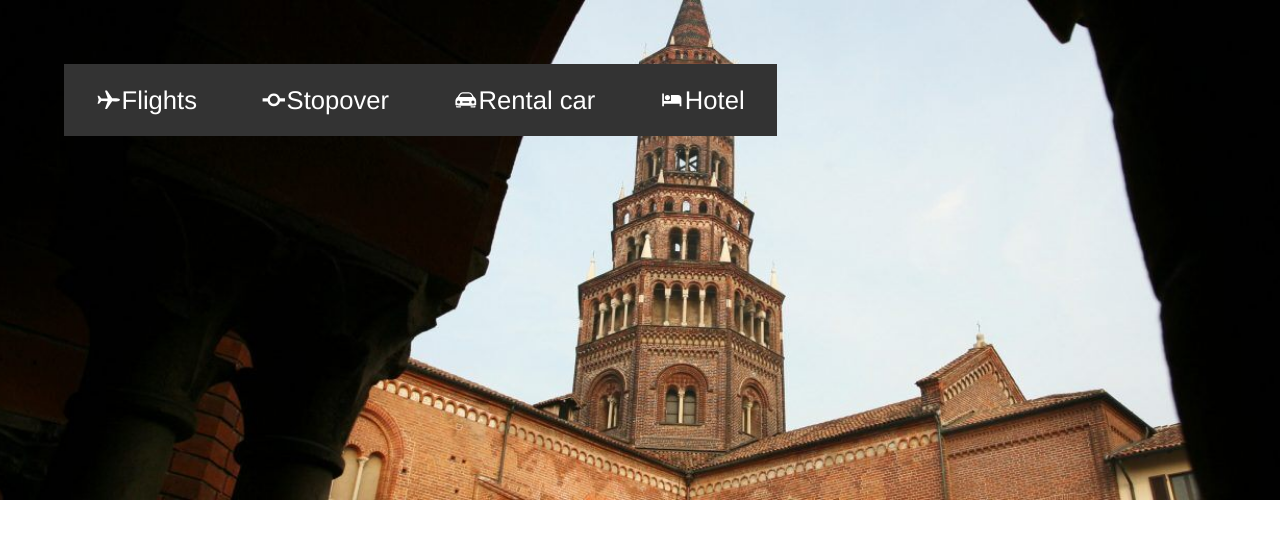
Repository: guidogr95/Everymundo-Excercise
Page: /
An editor plug-in stored every save of this project. The page is shown before and after the next save, followed by the edit.
The browser window is 1280 px wide. The pictures show the whole page.
The project was rebuilt for these pictures with package versions that can differ from the ones it lists, and the page was loaded fresh each time.

Above is the page before, as saved 2021-06-30 21:12:32.

### src/App.js
import 'antd/dist/antd.css';
import './app.scss';
// components
import BookingMask from 'src/components/BookingMask'

function App() {
  return (
    <div className="App">
      <div className="flightmanager-container container" >
        <BookingMask />
      </div>
    </div>
  );
}

export default App;

### src/app.scss
@import 'styles/global';

.App {
  .container {
    width: $desktop-maxwidth;
    max-width: 100%;
  }
  .flightmanager-container {
    background: url('./assets/images/bg.jpg');
    background-size: cover;
    background-position: center;
    min-height: 500px;
    margin: auto;
    padding: 4rem;
  }
}

### src/components/BookingMask/index.jsx
import React from 'react'
// styles
import './bookingmask.scss'
// assets
import { IoIosAirplane, IoMdGitCommit, IoIosCar, IoMdBed } from 'react-icons/io'
// components
// import Empty from 'empty'

const BookingMask = () => {
  const tabs = [
    {
      name: 'Flights',
      icon: <IoIosAirplane />,
      // component: <Empty />
    },
    {
      name: 'Stopover',
      icon: <IoMdGitCommit />,
      // component: <Empty />
    },
    {
      name: 'Rental car',
      icon: <IoIosCar />,
      // component: <Empty />
    },
    {
      name: 'Hotel',
      icon: <IoMdBed />,
      // component: <Empty />
    }
  ]
  return (
    <section className="bookingmask" >
      <ul className="bookingmask__nav" >
        {tabs.map(tab =>
          <button>
            {tab.icon}<span>{tab.name}</span>
          </button>
        )}
      </ul>
    </section>
  )
}

export default BookingMask

### src/styles/_global.scss
@import 'variables';
@import 'mixins';

html,
body {
  position: relative;
  padding: 0;
  margin: 0;
  font-family: $font-family;
  -webkit-text-size-adjust: 100%;
  -webkit-font-smoothing: auto;
  -moz-font-smoothing: auto;
  -moz-osx-font-smoothing: auto;
}
* {
  box-sizing: border-box;
}
ul {
  margin: 0;
  padding: 0;
}
button {
  border: none;
  cursor: pointer;
}

### src/styles/_variables.scss
// measurements
$desktop-maxwidth: 90rem;
// colors
$color-red: #c00;
$color-gray: #333333;
$color-white: #fff;
// fonts
// font-family
$font-family: SwissText,Helvetica,Arial,sans-serif,LufthansaMamSymbolText;
// font-weight
$font-weight-medium: 700;
$font-weight-small: 300;
// font-size
$font-size-medium: 1.6rem;
// line height
$line-height-medium: 2.2rem;
// letter spacing
$letter-spacing-small: .6px;

### src/styles/_mixins.scss
// MIXINS
@mixin breakpoint($point) {
  @media (max-width: $point) {
    @content;
  }
}

### src/components/BookingMask/bookingmask.scss
@import '/src/styles/variables';
.bookingmask {
  &__nav {
    list-style: none;
    button {
      color: $color-white;
      background: $color-gray;
      padding: 1rem 2rem;
      display: inline-flex;
      align-items: center;
      font-size: $font-size-medium;
      font-weight: $font-weight-small;
    }
  }
}

Loaded but not shown: public/index.html (common file); src/index.js (common file); src/reportWebVitals.js (common file)

After the next save:
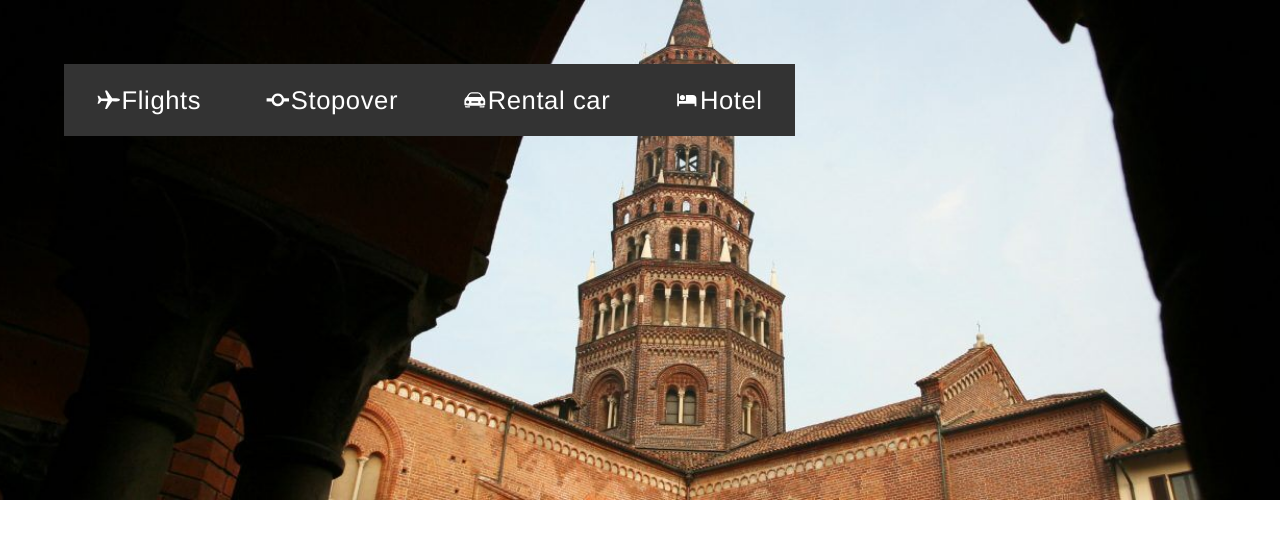
Saved 74 s later.
--- a/src/components/BookingMask/bookingmask.scss
+++ b/src/components/BookingMask/bookingmask.scss
@@ -10,6 +10,7 @@
       align-items: center;
       font-size: $font-size-medium;
       font-weight: $font-weight-small;
+      letter-spacing: $letter-spacing-small;
     }
   }
 }
